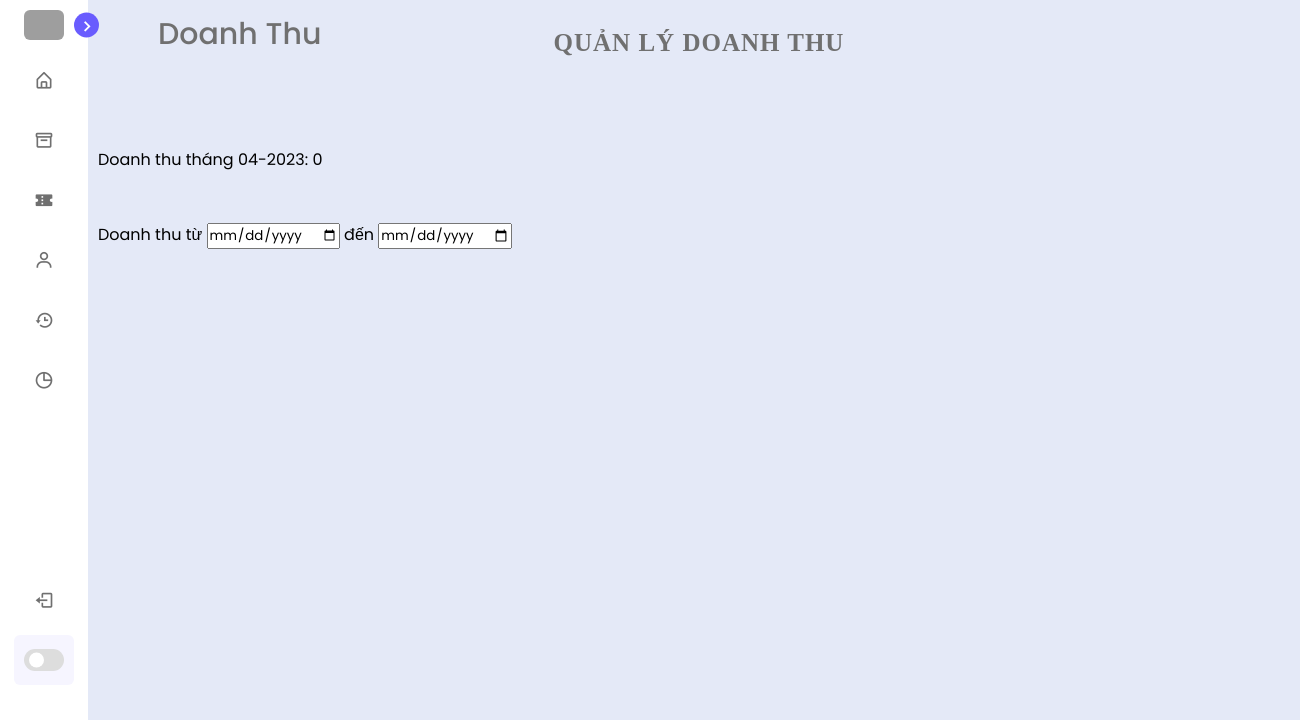
Repository: JeffDaveHudson/CapstoneProject
Page: http://localhost/CapstoneProject/revenue
These files come from the project's save history. The page is drawn as it stood at one moment and after the next save; the edit follows.
The browser window is 1280 px wide. The page is 1300 px wide, so the pictures cover 1300 px, including what lies to the right of the window. The pictures show the whole page.
Pictures or frames that could not be fetched are drawn as grey boxes. The page is served by Tomcat 9. Queries for data that is not in the repository find no rows.

Above is the page before, as saved 2023-06-12 14:40:47.

After the next save:
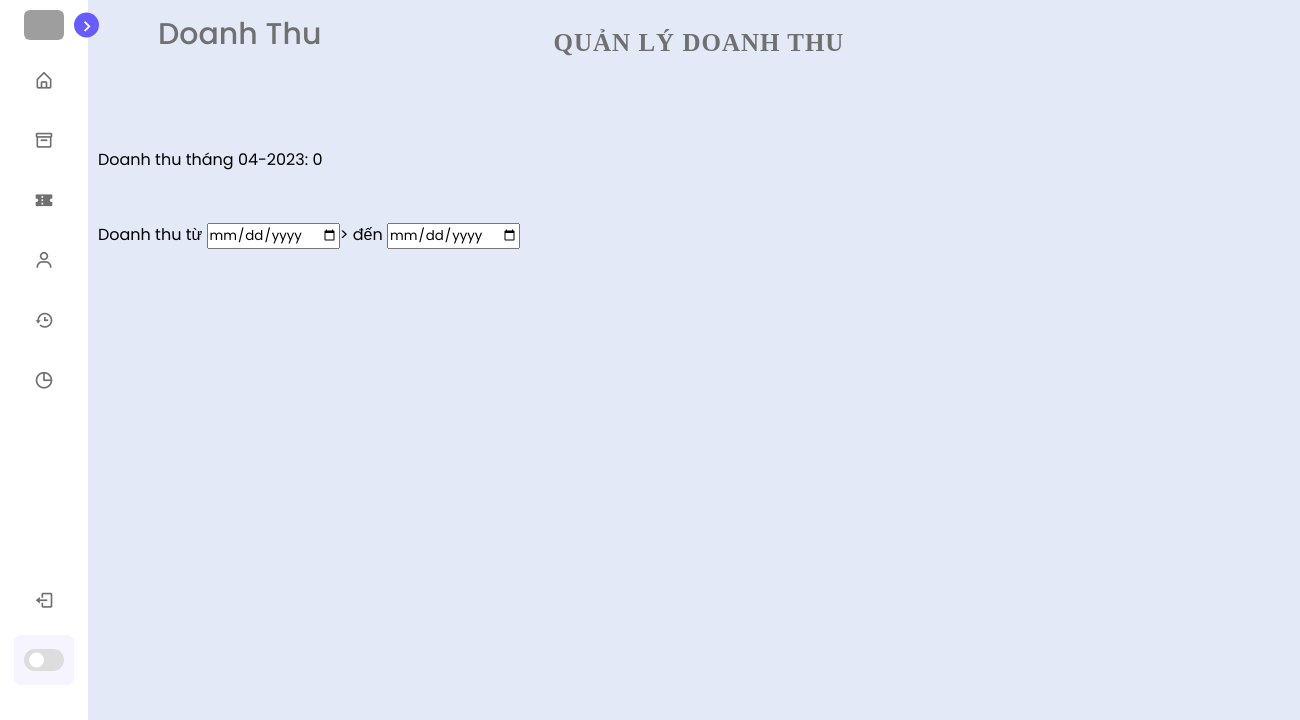
Saved 86 s later.
--- a/CapstoneProject/src/main/webapp/admin/Revenue.jsp
+++ b/CapstoneProject/src/main/webapp/admin/Revenue.jsp
@@ -41,7 +41,7 @@
         <br> <br> <br>
 
         <form action="revenuebetween2times">
-        	 Doanh thu từ <input type="date" name="startDate" onchange="this.form.submit()"> đến <input type="date" name="endDate" onchange="this.form.submit()">
+        	 Doanh thu từ <input type="date" name="startDate" <!-- onchange="this.form.submit()" -->> đến <input type="date" name="endDate" onchange="this.form.submit()">
         </form>
 
     </section>

After the 2 saves that followed:
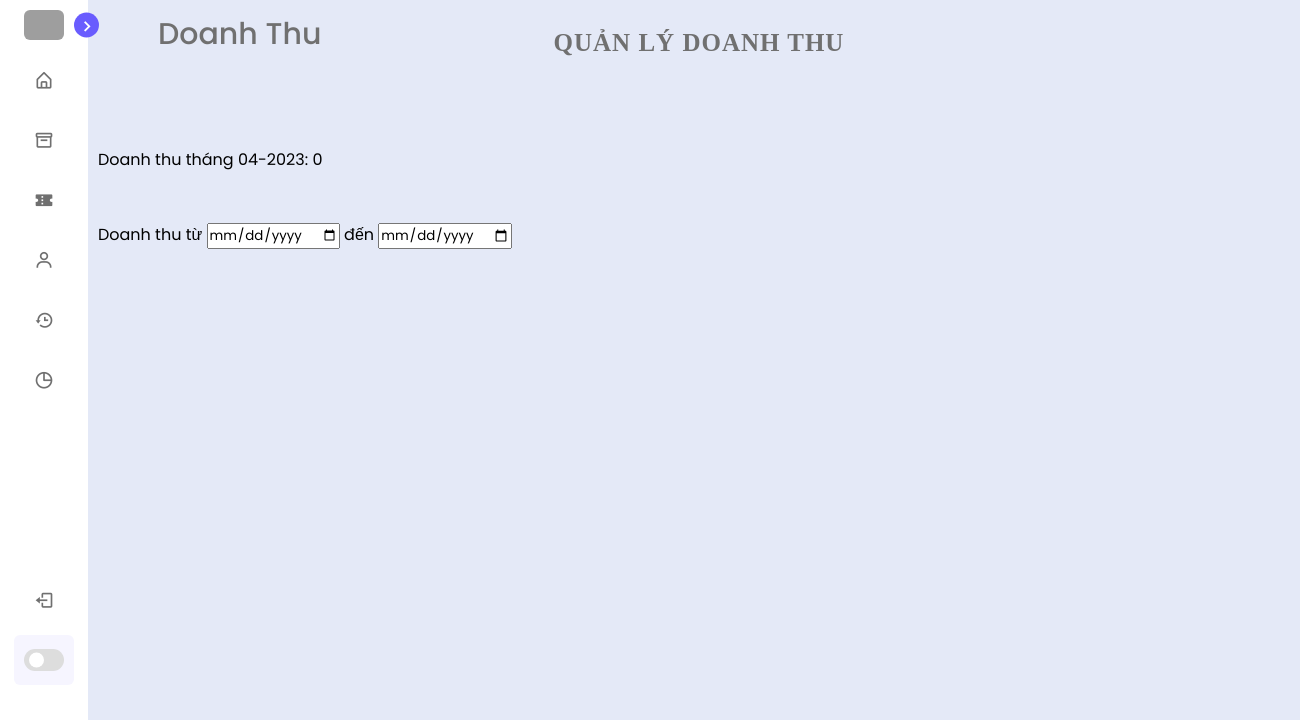
The 2 saves are shown as one change because they came seconds apart.
The last was saved 8 s later.
--- a/CapstoneProject/src/main/webapp/admin/Revenue.jsp
+++ b/CapstoneProject/src/main/webapp/admin/Revenue.jsp
@@ -41,7 +41,7 @@
         <br> <br> <br>
 
         <form action="revenuebetween2times">
-        	 Doanh thu từ <input type="date" name="startDate" <!-- onchange="this.form.submit()" -->> đến <input type="date" name="endDate" onchange="this.form.submit()">
+        	 Doanh thu từ <input type="date" name="startDate" > đến <input type="date" name="endDate" onchange="this.form.submit()">
         </form>
 
     </section>
